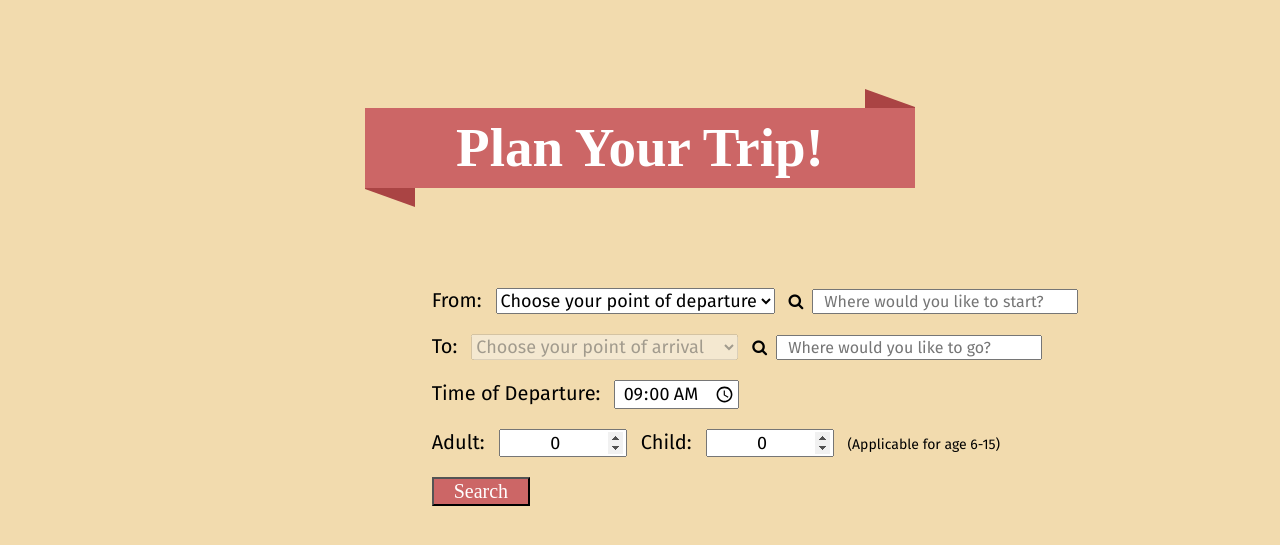
Repository: bbh0607/bae_dNation
Page: public/index.html
The author's editor kept a copy of each file at every save. The page is drawn from the files as they stood at one save, then again after the next save.
The browser window is 1280 px wide. The pictures show the whole page.
Some web fonts or font styles are not loaded; a fallback is used.

Above is the page before, as saved 2020-02-01 15:58:36.

### public/index.html
<!DOCTYPE html>
<html lang="en">
  <head>
    <meta charset="UTF-8" />
    <link rel="stylesheet" type="text/css" href="./css/style.css" />
    <link rel="stylesheet" href="https://fonts.googleapis.com/css?family=Fira+Sans">
    <link rel="stylesheet" href="https://cdnjs.cloudflare.com/ajax/libs/font-awesome/4.7.0/css/font-awesome.min.css">
    <script src="js/script.js"></script>
    <title>My Website</title>
  </head>
  <body>
    <h1>Plan Your Trip!</h1>
    <form action="result.html" method="POST">
      <ul>
        <li>
          <label for="from">From:</label>
          <select id="fromSelect" name="from" onchange="removeDuplicate(this)" required>
            <option value="DEFAULT" selected disabled hidden>Choose your point of departure</option>
            <option value="KLIA">KLIA (KL International Airport)</option>
            <option value="KLIA2">KLIA2 (Airport Terminal 2)</option>
            <option value="SENTRAL">KL Sentral</option>
            <option value="OTHER">Other..</option>
          </select>
          <i class="fromSearch" >
            <i class="fa fa-search icon"></i>
            <input type="text" name="search" placeholder="Where would you like to start?">
          </i>
        </li>
        <li>
          <label for="to">To:</label>
          <select id="toSelect" name="to" onchange="removeDuplicate(this)" disabled required>
            <option value="DEFAULT" selected disabled hidden>Choose your point of arrival</option>
            <option value="KLIA">KLIA (KL International Airport)</option>
            <option value="KLIA2">KLIA2 (Airport Terminal 2)</option>
            <option value="SENTRAL">KL Sentral</option>
            <option value="OTHER">Other..</option>
          </select>
          <a class="toSearch" >
            <i class="fa fa-search icon"></i>
            <input type="text" name="search" placeholder="Where would you like to go?">
          </div>
        </li>
        <li>
          <label for="deptime">Time of Departure:</label>
          <input type="time" id="deptime" name="deptime" value="09:00" required>
        </li>
        <li>
          <label for="adult">Adult:</label>
          <input type="number" id="adult" name="adult" value="0" min='0' required>
          <label for="child">Child:</label>
          <input type="number" id="child" name="child" value="0" min='0' required>
          <small>(Applicable for age 6-15)</small>
        </li>
        <li>
          <input type="submit" value="Search">
        </li>
      </ul>
    </form a>
  </body>
</html>

### public/css/style.css
/* body {
  background-color: aquamarine;
} */

@import url(https://fonts.googleapis.com/css?family=Patua+One);

body {
  background-color:#F2DBAE;
  align-content: center;
}

h1 {
  background-color:#c66;
  width:550px; height:80px;
  line-height:80px;
  font-size:55px;
  text-align:center;
  position:relative;
  margin:100px auto;
  font-family: 'Patua One', cursive;
  color:#fff;
  }

h1:before, h1:after {
  background-color:#a44;
  width:50px; height:80px;
  content:'';
  display:block;
  transform:skewY(20deg);
  position:absolute;
  z-index:-1;
}

h1:before {top:10px; left:0; }
h1:after {top:-10px; right:0; }

label {
  font-size: 20px;
  font-family: "Fira Sans", sans-serif;
  margin-right: 10px;
}

ul {
  list-style-type: none;
  justify-self: center;
  margin-left: 200px;
}

li {
  margin-top: 20px;
}

select {
  font-family: "Fira Sans", sans-serif;
  font-size: 18px;
  margin-right: 10px;
}

input[type="submit"]{
  background-color: #c66;
  color: #fff;
  font-size: 20px;
  font-family: 'Patua One', cursive;
  padding-left: 20px;
  padding-right: 20px;
}

input[type="time"], input[type="number"]{
  width: 120px;
  text-align: center;
  font-family: "Fira Sans", sans-serif;
  font-size: 18px;
  margin-right: 10px;
}

input[type="text"] {
  width: 250px;
  font-family: "Fira Sans", sans-serif;
  font-size: 16px;
  margin-right: 10px;
  padding-left: 10px;
}

small {
  font-family: "Fira Sans", sans-serif;
  font-size: 14px;
}

input[type='number']::-webkit-inner-spin-button,
input[type='number']::-webkit-outer-spin-button {
    opacity: 1;
}

input[type='time']::-webkit-inner-spin-button,
input[type='time']::-webkit-outer-spin-button {
    opacity: 1;
}

.icon{
  margin-right: 5px;
}

### public/js/script.js
function removeDuplicate(element) {
    const changedId = element.id;
    const comparisonId = changedId == 'fromSelect'? 'toSelect': 'fromSelect';
    const changed = document.getElementById(changedId);
    const compare = document.getElementById(comparisonId);

    if (
      changed.options[changed.selectedIndex].value ===
      compare.options[compare.selectedIndex].value
    ) compare.value="DEFAULT"

    document.getElementById(comparisonId).disabled = false;
}

After the next save:
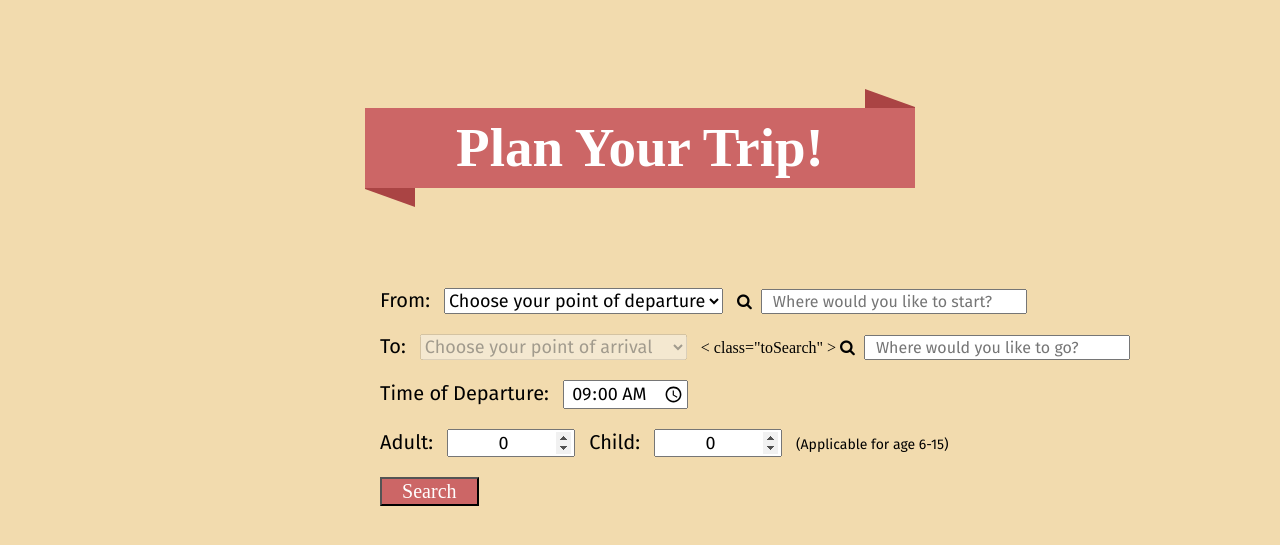
Saved 5 s later.
--- a/public/index.html
+++ b/public/index.html
@@ -35,7 +35,7 @@
             <option value="SENTRAL">KL Sentral</option>
             <option value="OTHER">Other..</option>
           </select>
-          <a class="toSearch" >
+          < class="toSearch" >
             <i class="fa fa-search icon"></i>
             <input type="text" name="search" placeholder="Where would you like to go?">
           </div>
